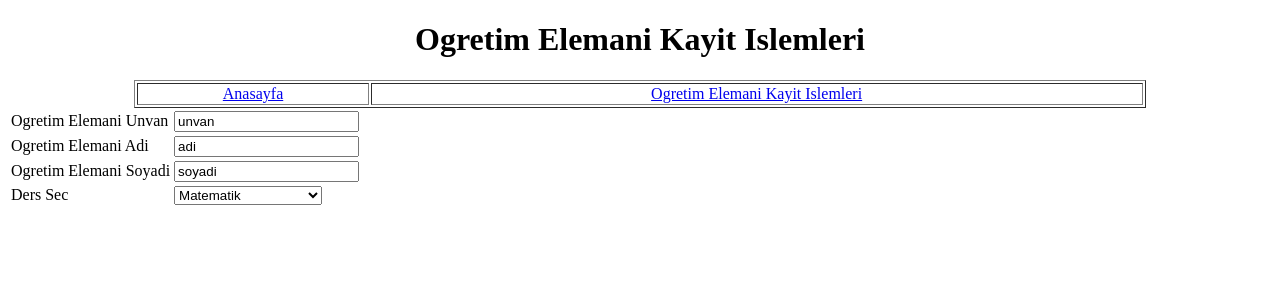
Repository: Egemen-ve-Burakhan-internet-final/final
Page: http://localhost/ogretim/ogretmen_kayit.jsp
An editor plug-in stored every save of this project. The page is shown before and after the next save, followed by the edit.
The browser window is 1280 px wide. The pictures show the whole page.
The page is served by Tomcat 9.

Above is the page before, as saved 2020-05-25 14:27:46.

After the next save:
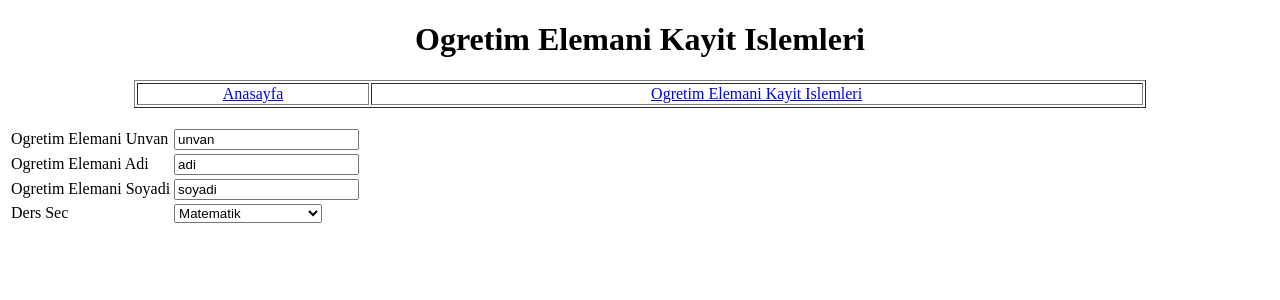
Saved 7 s later.
--- a/okul/ogretim/WebContent/ogretmen_kayit.jsp
+++ b/okul/ogretim/WebContent/ogretmen_kayit.jsp
@@ -18,7 +18,7 @@
 					<td style="text-align:center"><a href="ogretmen_kayit.jsp">Ogretim Elemani Kayit Islemleri</a></td>
 				</tr>
 			</table>
-		</div>
+		</div><br>
 
 		<div style="padding-top:250">
 			<form>
